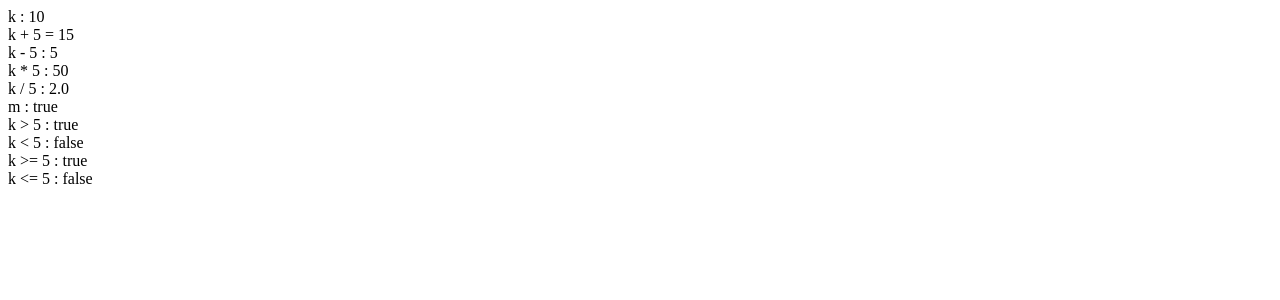
Repository: SHIN-HANBEEN/boostcourse
Page: http://localhost/firstweb/el02.jsp
An editor plug-in stored every save of this project. The page is shown before and after the next save, followed by the edit.
The browser window is 1280 px wide. The pictures show the whole page.
The page is served by Tomcat 10.

Above is the page before, as saved 2023-07-18 03:23:28.

After the next save:
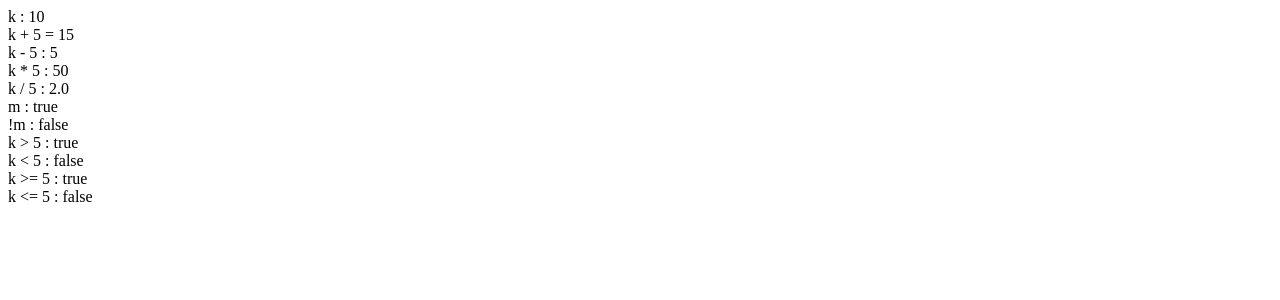
Saved 22 s later.
--- a/firstweb/src/main/webapp/el02.jsp
+++ b/firstweb/src/main/webapp/el02.jsp
@@ -19,6 +19,7 @@ k * 5 : ${k * 5 } <br>
 k / 5 : ${k div 5 } <br>
 
 m : ${m } <br>
+!m : ${!m } <br>
 k > 5 : ${k > 5 } <br>
 k < 5 : ${k < 5 } <br>
 k >= 5 : ${k >= 5 } <br>
